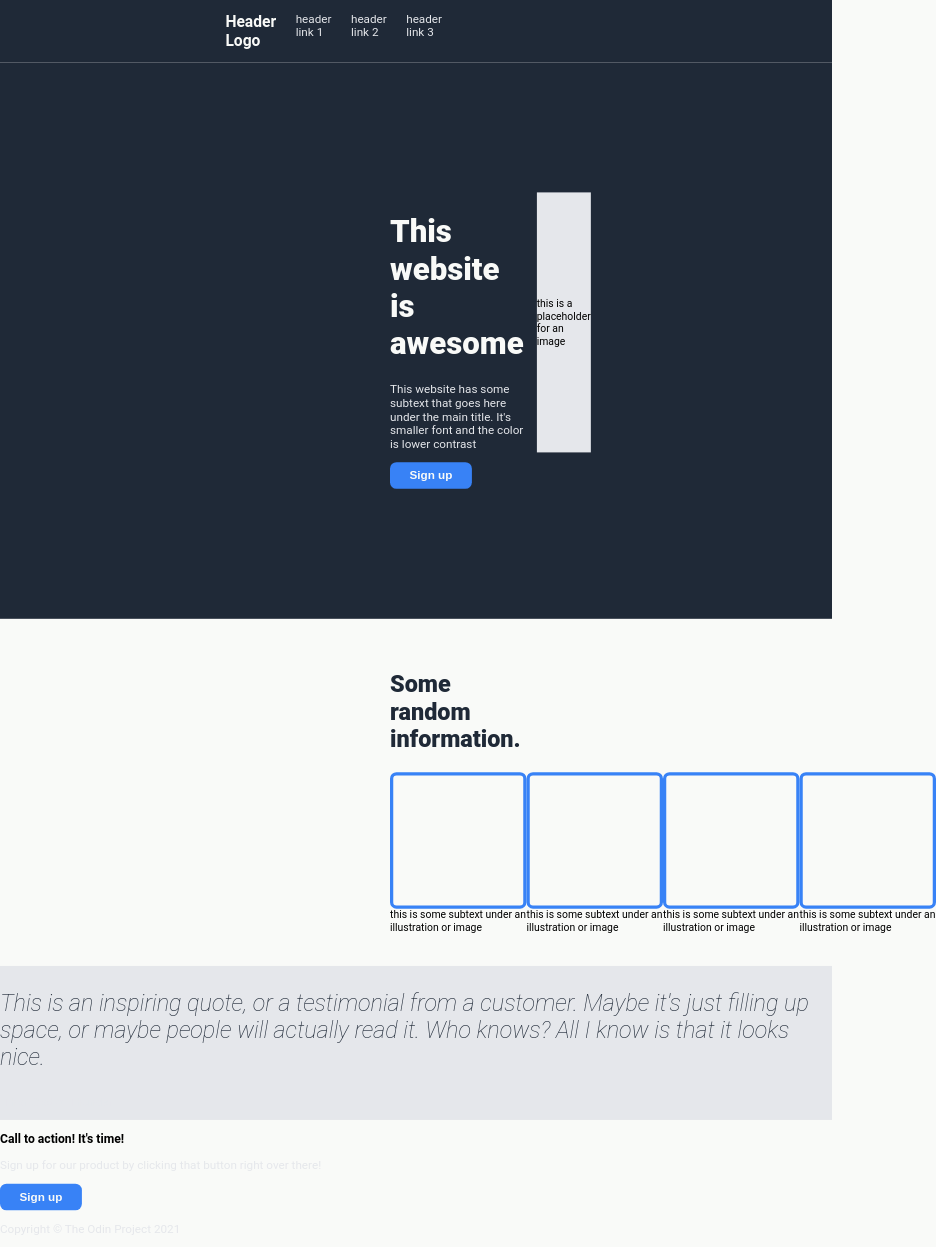
Repository: rsoetydev/landing-page
Page: index.html
The author's editor kept a copy of each file at every save. The page is drawn from the files as they stood at one save, then again after the next save.
The browser window is 1280 px wide. The page is 1440 px wide, so the pictures cover 1440 px, including what lies to the right of the window. The pictures show the whole page, at 65% of full size.

Above is the page before, as saved 2023-11-28 10:26:38.

### index.html
<!DOCTYPE html>
<html lang="en">
<head>
    <meta charset="UTF-8">
    <meta name="viewport" content="width=device-width, initial-scale=1.0">
    <title>Landing Page</title>
    <link rel="stylesheet" href="style.css">
</head>
<body>
    <div class="header">
        <h2 class="header-logo">Header Logo</h2>
        <p class="link-1">header link 1 </p>
        <p class="link-2">header link 2</p>
        <p class="link-3"> header link 3</p>
    </div>

    <div class="hero">
        <div class="hero-text">
            <h1 class="hero-title">This website is awesome</h1>
            <p class="hero-subtext">This website has some subtext that goes here under the main title. It's smaller font and the color is lower contrast</p>
            <button class="sign-up">Sign up</button>
        </div>
        <div class="hero-image-cont">
            this is a placeholder for an image
        </div>
    </div>

    <div class="info">
        <h2 class="info-title">Some random information.</h2>
        <div class="item-cont">
            <div class="item">
                <div class="item-pic"></div>
                <div class="item-text">this is some subtext under an illustration or image</div>
            </div>
            <div class="item">
                <div class="item-pic"></div>
                <div class="item-text">this is some subtext under an illustration or image</div>
            </div>
            <div class="item">
                <div class="item-pic"></div>
                <div class="item-text">this is some subtext under an illustration or image</div>
            </div>
            <div class="item">
                <div class="item-pic"></div>
                <div class="item-text">this is some subtext under an illustration or image</div>
            </div>
        </div>
    </div>

    <div class="quote">
        <p class="quote-text">
            This is an inspiring quote, or a testimonial from a customer. Maybe it's just filling up space, or maybe people will actually read it. Who knows? All I know is that it looks nice.
        </p>
        <p class="quote-author">-Thor, God of Thunder</p>
    </div>

    <div class="c2a">
        <div class="c2a-sub">
            <div class="c2a-text-container">
                <h3>Call to action! It's time!</h3>
                <p class="c2a-text">Sign up for our product by clicking that button right over there!</p>
            </div>
            <button class="c2a-sign-up">Sign up</button>
        </div>
    </div>

    <div class="footer">
        <p class="copyright">Copyright © The Odin Project 2021</p>
    </div>

</body>
</html>

### style.css


:root {
    --dark: #1F2937;
    --gray: #E5E7EB;
    --white: #F9FAF8;
    --blue: #3882F6;

    font-family: 'Roboto', arial;
}

body{
    background-color:var(--white);
    padding: 0;
    margin: 0;
    display: flex;
    flex-direction: column;
}

h1{
    font-size:48px;
    font-weight:900;
    color: var(--white);
}

p{
    color: var(--gray);
    font-size: 18px;
}

h2{
    color: var(--white);
    font-size: 24px;
    font: weight 600px;
}

.info-title {
    font-size: 36px;
    color:var(--dark);
    font-weight: 900;
}

.quote-text {
    font-size: 36px;
    font-style: italic;
    font-weight: 200;
    color:var(--dark);
}

button{
    background-color: var(--blue);
    color:var(--white);
    font-size: 18px;
    font-weight: 600;
    padding: 10px 30px;
    border: none;
    border-radius: 10px;
}

.header{
    display:flex;
    background-color: var(--dark);
    justify-content: flex-end;
    gap:30px;
    padding: 0px 600px;
}

.header-logo{
    flex: 1;
}

.hero{
    display:flex;
    background-color: var(--dark);
    padding: 200px 600px;
    justify-content:space-between;
    gap: 20px;
}

.hero-image-cont{
    background-color:var(--gray);
    display:flex;
    justify-content: center;
    align-items: center;
    width: 800px;
    height: 400px;
}

.info-title{
    text-align: center;
}

.info{
    display: flex;
    flex-direction: column;
    justify-content: center;
    padding: 50px 600px;
}

.item-cont{
    display:flex;
    justify-content: space-evenly;
}

.item{
    display:flex;
    flex-direction: column;
}

.item-pic{
    width:200px;
    height:200px;
    flex-grow: 1;
    border-style: solid;
    border-color: var(--blue);
    border-radius: 10px;
    border-width: 5px;
}

.quote{
    background-color: var(--gray);

.c2a{
    background-color: var(--blue);
}

.footer{
    background-color: var(--dark);
}

After the next save:
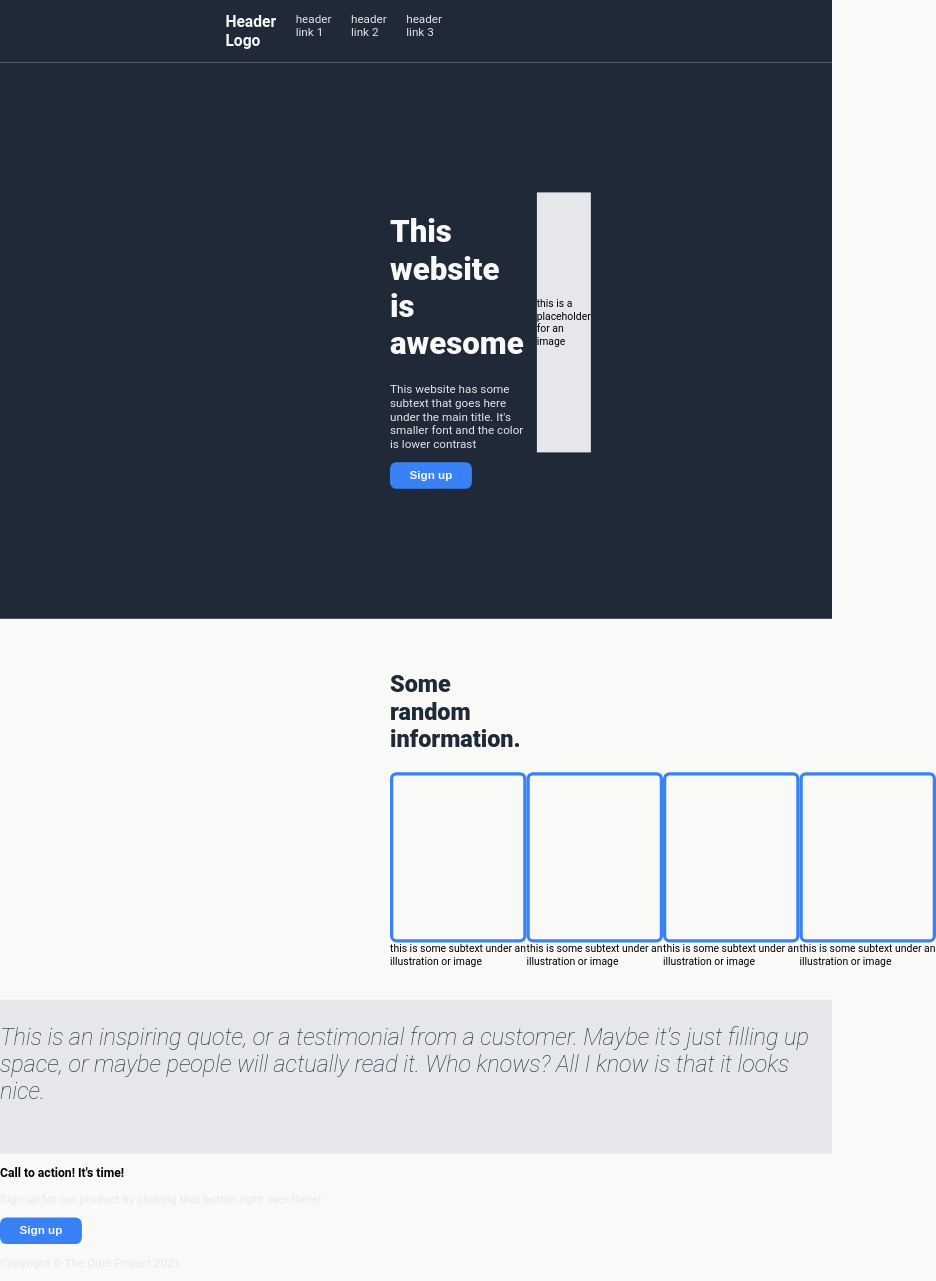
Saved 24 s later.
--- a/style.css
+++ b/style.css
@@ -100,6 +100,7 @@
 .item-cont{
     display:flex;
     justify-content: space-evenly;
+    height: 300px;
 }
 
 .item{

After the save that followed:
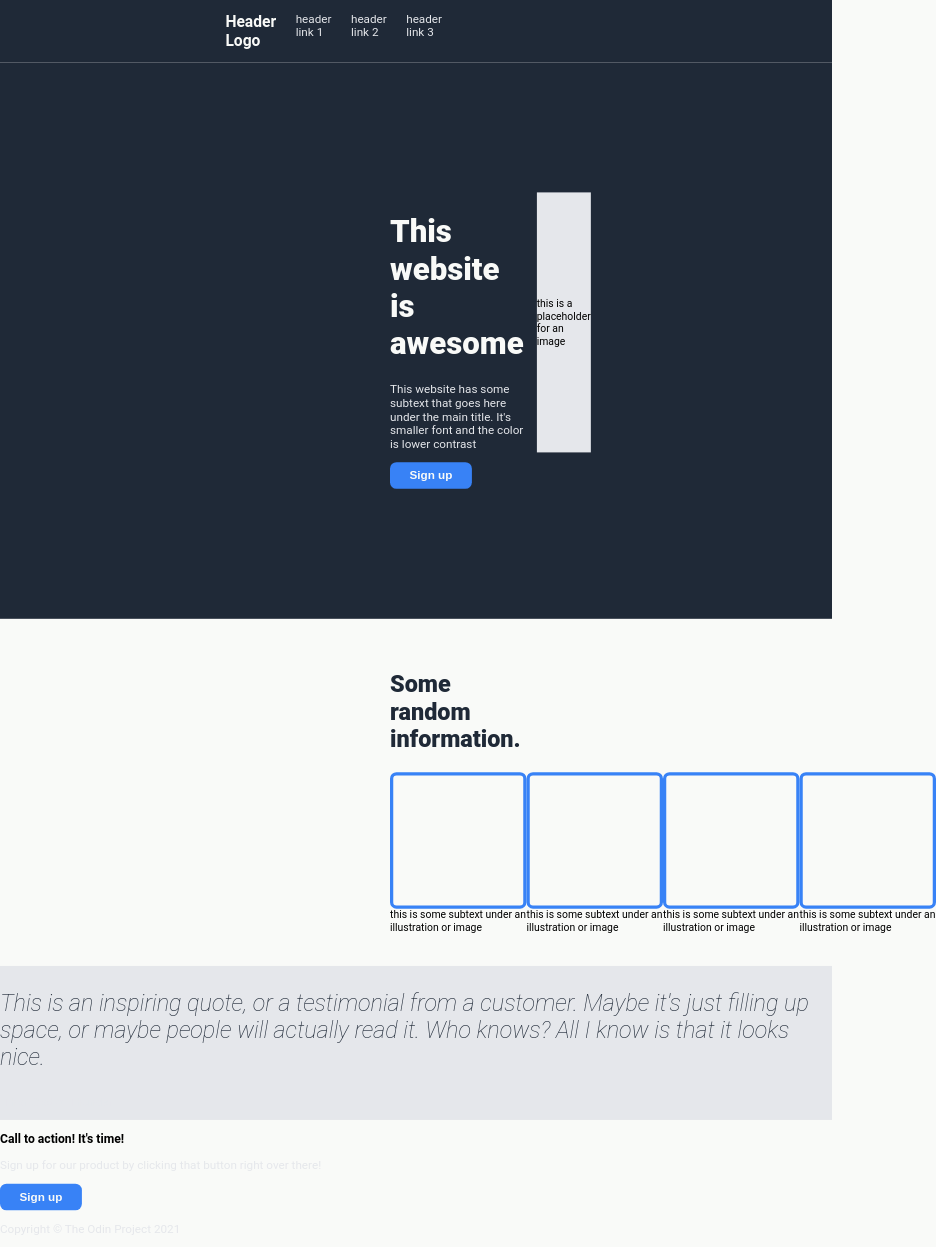
Saved 6 s later.
--- a/style.css
+++ b/style.css
@@ -100,7 +100,6 @@
 .item-cont{
     display:flex;
     justify-content: space-evenly;
-    height: 300px;
 }
 
 .item{
